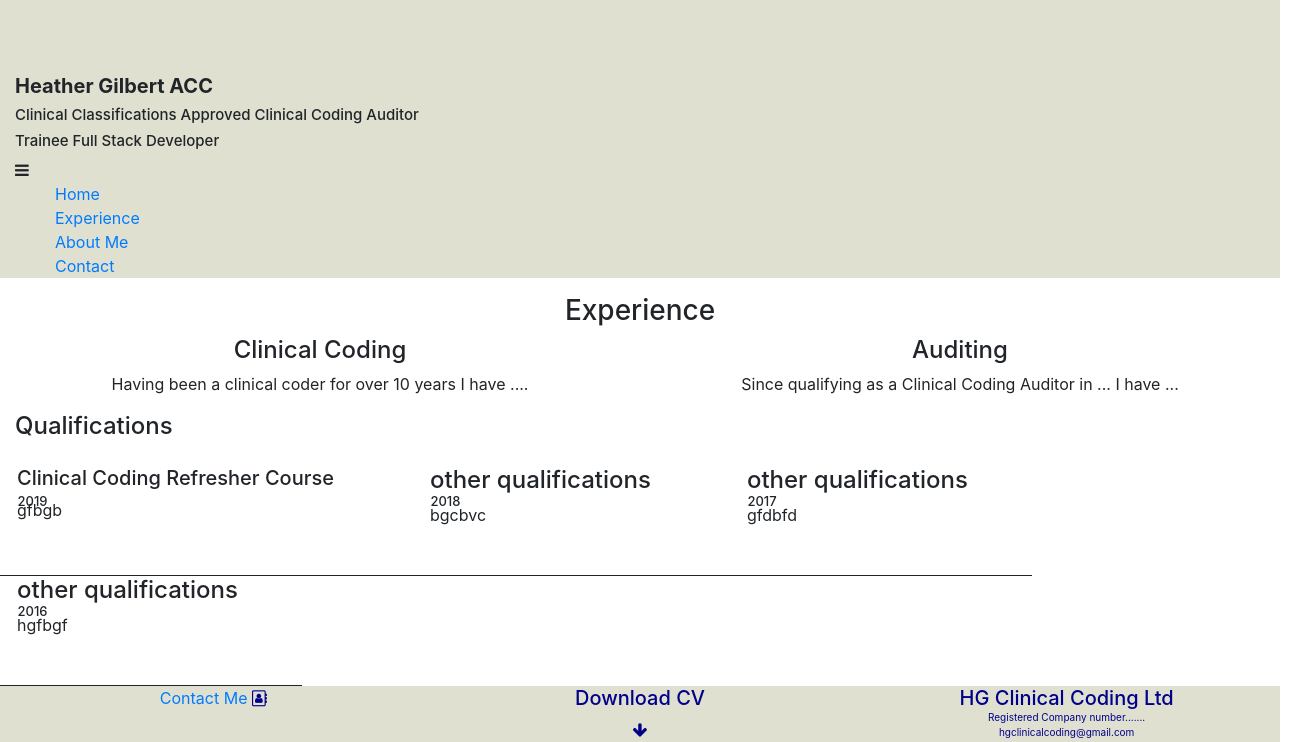
Repository: Code-Institute-Submissions/fsd-ms-project1-resume
Page: resume.html
The author's editor kept a record of every edit. The page is drawn from the files as they stood at one moment, then again after the next edit.
The browser window is 1280 px wide. The page is 1295 px wide, so the pictures cover 1295 px, including what lies to the right of the window. The pictures show the whole page.

Above is the page before.

### resume.html
<!DOCTYPE html>
<html lang="en">

<head>
    <meta charset="UTF-8">
    <meta name="viewport" content="width=device-width, initial-scale=1.0">
    <meta http-equiv="X-UA-Compatible" content="ie=edge">
    <link rel="stylesheet" href="https://stackpath.bootstrapcdn.com/bootstrap/4.3.1/css/bootstrap.min.css" type="text/css" />
    <link rel="stylesheet" href="https://stackpath.bootstrapcdn.com/font-awesome/4.7.0/css/font-awesome.min.css" type="text/css" />
    <link rel="stylesheet" href="https://cdnjs.cloudflare.com/ajax/libs/hover.css/2.3.1/css/hover-min.css" type="text/css" />
    <link rel="stylesheet" href="assets/css/style.css" />
    <title>Heather Gilbert ACC</title>
</head>

<body>

    <header>
        <div id="navbar">
            <a class="col-md-12 logo" href="index.html"></a>
            <div class="col">
                <div class="bg-header">
                    <h1 class="name">Heather Gilbert ACC</h1>
                    <h3 class="title">Clinical Classifications Approved Clinical Coding Auditor</h3>
                    <h5 class="title">Trainee Full Stack Developer</h5>
                </div>
            </div>
            <div class="col">
                <div class="menu">
                    <i class="fa fa-bars" aria-hidden="true"></i>
                    <ul class="menu-content">
                        <li><a href="index.html">Home</a></li>
                        <li><a href="resume.html">Experience</a></li>
                        <li><a href="about.hmtl">About Me</a></li>
                        <li><a href="contact.html">Contact</a></li>
                    </ul>
                </div>
            </div>
        </div>

    </header>

    <section class="container-fluid">
        <div class="row work-section">
            <div class="col-md-12">
                <h3 class="work">Experience</h3>
            </div>
            <div class="col-md-6">
                <h4 class="coding">Clinical Coding</h4>
                <p>
                    Having been a clinical coder for over 10 years I have ....
                </p>
            </div>
            <div class="col-md-6">
                <h4 class="audit">Auditing</h4>
                <p>
                    Since qualifying as a Clinical Coding Auditor in ... I have ...
                </p>
            </div>
        </div>
        <div class="row">
            <h4 class="qualifications col-12">Qualifications</h4>
            <div class="row">
                <div class="timeline" data-dates="2019">
                    <h5>Clinical Coding Refresher Course</h5>
                    <p>gfbgb</p>
                </div>
                <div class="timeline" data-dates="2018">
                    <h4> other qualifications</h4>
                    <p>bgcbvc</p>
                </div>
                <div class="timeline" data-dates="2017">
                    <h4>other qualifications</h4>
                    <p>gfdbfd</p>
                </div>
                <div class="timeline" data-dates="2016">
                    <h4>other qualifications</h4>
                    <p>hgfbgf</p>
                </div>
            </div>
        </div>
        </div>
    </section>


</body>



<footer class="container-fluid">
    <div class="row">
        <div class="col-sm-4 contact">
            <a href="contact.html">Contact Me </a>
            <i class="fa fa-address-book-o" aria-hidden="true" /></i>
        </div>
        <div class="col-sm-4 ">
            <h5>Download CV</h5>
            <a href="# " target="_blank "></a>
            <i class="fa fa-arrow-down " aria-hidden="true "></i>
        </div>
        <div class="col-sm-4 ">
            <h5 class="company-name ">HG Clinical Coding Ltd</h5>
            <p class="company-details ">Registered Company number.......</p>
            <p class="company-details ">hgclinicalcoding@gmail.com</p>
        </div>
    </div>


</footer>
</body>

</html>

### assets/css/style.css
@import url('https://fonts.googleapis.com/css?family=Lato:100,200,300,400,500,600,700&display=swap');

/*-----------------------------------------Colours*/


/*-----------------------------------------Special paddings/margins/text*/


/*-----------------------------------------Header*/

#navbar {
    background-color: #e0e0d1;
}

.name {
    font-size: 20px;
    font-weight: 700;
    margin-top: 50px;
}

.title {
    font-size: 15px;
    margin-top: 5px;
}

.menu {
    list-style: none;

}

.menu-content {
    list-style:none;
}


/*-----------------------------------------Hover.css*/

.menu:hover {
    color: #b3cccc;
}


/*-----------------------------------------Footer*/

footer {
    background-color: #e0e0d1;
    color: darkblue;
    min-height:50px;
    margin: 0;
    text-align:center
}

.company-name {
    margin:0;
    padding:0;
}

.company-details {
    font-size:10px;
    margin:0;
    padding:0;
}

#footer-details {
    padding: 20px;
}

/*-----------------------------------------Work / Education History*/

.work-section {
    text-align:center;
}

.work {
    text-align:center;

}

.qualifications {
    margin-bottom: 25px
}

.timeline {
    padding: 0em 4em 2em 2em;
    position: relative;
    border-bottom: 1px solid;
}

.timeline:before {
    content: attr(data-dates);
    position: absolute;
    left: 2.5em;
    top: 2em;
    display: block;
    font-weight: 500;
    font-size: 13px;
    padding: 0;
    margin: 0;
}

.timeline:after {
    width: 12px;
    height: 12px;
    display: block;
    top: 2.4em;
    position: absolute;
    bottom: -6px;
    border-radius: 15px;
    content: "";
}



/*-----------------------------------------About Me*/


/*-----------------------------------------Contact Form*/


/*-----------------------------------------Media Queries*/

After the next edit:
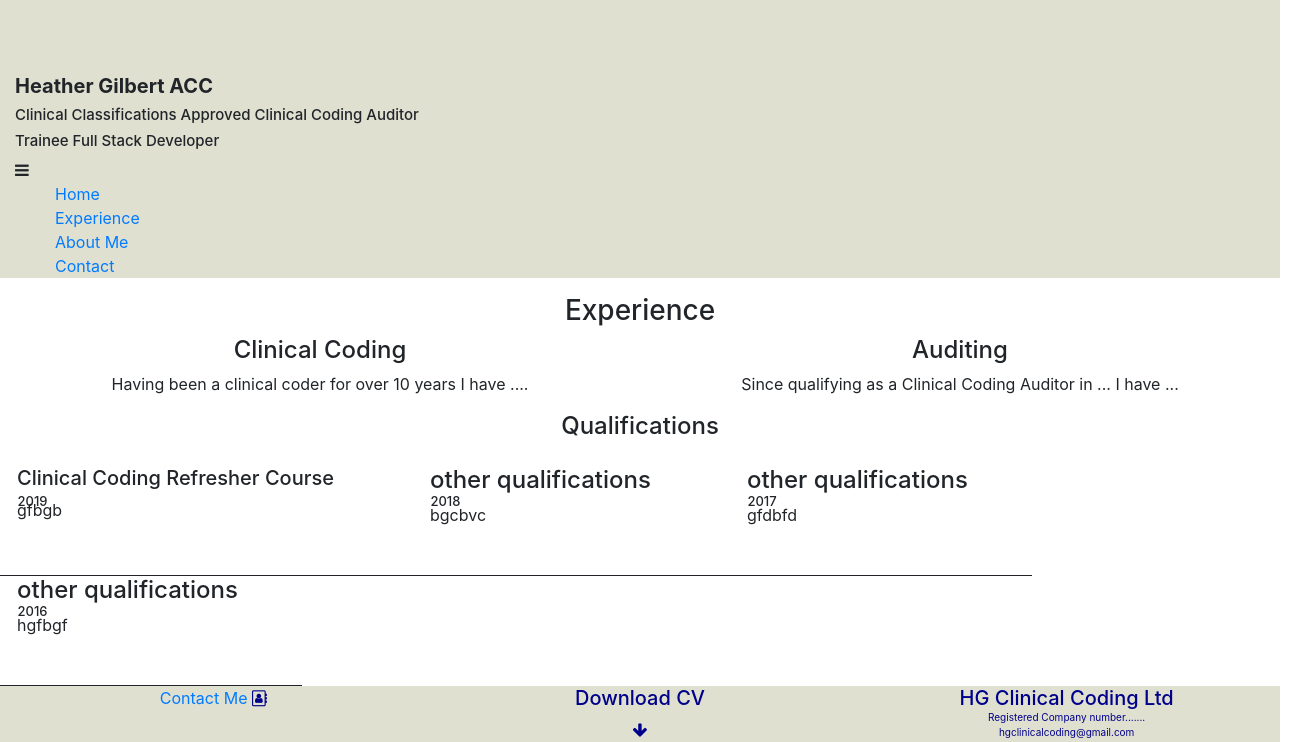
The edit:
--- a/assets/css/style.css
+++ b/assets/css/style.css
@@ -77,7 +77,8 @@
 }
 
 .qualifications {
-    margin-bottom: 25px
+    margin-bottom: 25px;
+    text-align:center;
 }
 
 .timeline {
